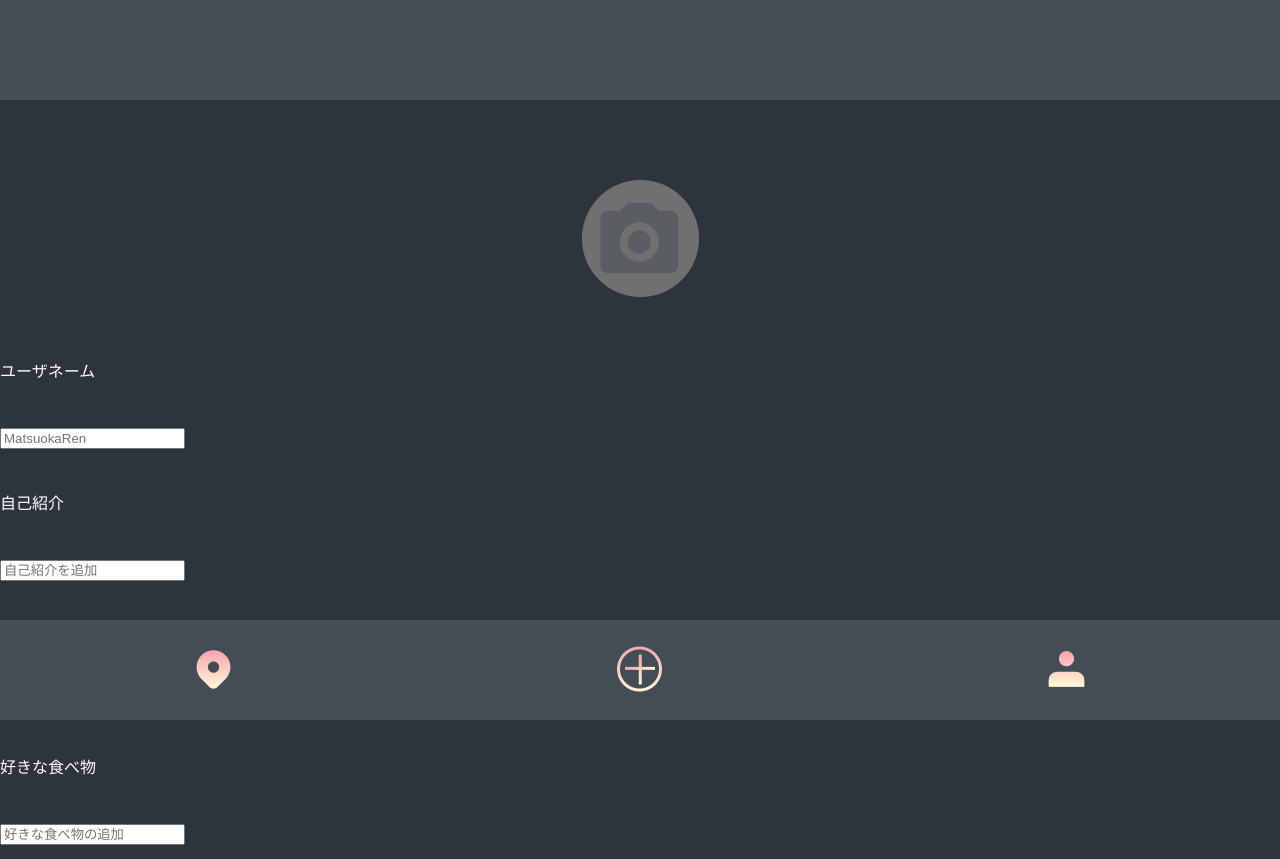
Repository: ren0714poo/respos
Page: edit.html
An editor plug-in stored every save of this project. The page is shown before and after the next save, followed by the edit.
The browser window is 1280 px wide. The pictures show the whole page.

Above is the page before, as saved 2025-07-17 14:09:29.

### edit.html
<!DOCTYPE html>
<html lang="ja">
<head>
  <meta charset="UTF-8">
  <meta name="viewport" content="width=device-width, initial-scale=1.0">
  <title>respos_edit</title>
  <link rel="stylesheet" href="css/edit.css">
</head>
<body>
  <header>
  </header>

  <main>
    <div class="edit_img"><img src="img/camera_chenge.png" alt="カメラ変更"></div>
    <div class="edit">
      <div class="edit_flex">
        <p>ユーザネーム</p>
        <input type="text" placeholder="MatsuokaRen"><br>
      </div>
      <div class="edit_flex">
        <p>自己紹介</p>
        <input type="text" placeholder="自己紹介を追加"><br>
      </div>
      <div class="edit_flex">
        <p>リンク</p>
        <input type="text" placeholder="リンクを追加"><br>
      </div>
      <p>好きな食べ物</p>
      <input type="text" placeholder="好きな食べ物の追加">


    </div>
  </main>

  <footer>
    <button type="button" id="pin" onclick="location.href='top.html'"><img src="img/tabler_map-pin-filled.png" alt="ピン"></button>
    <button type="button"><img src="img/post.png" alt="投稿"></button>
    <button type="button" id="profile" onclick="location.href='profile.html'"><img src="img/icon-park-solid_people.png" alt="プロフィール"></button>
  </footer>

</body>
</html>

### css/edit.css
@media screen and (max-width:480px){


}

html, body {
  color: white;
  background: #2D343C;
  height: 100%;
  margin: 0;
  padding: 0;
  display: grid;
  grid-template-rows: 100px calc(100vh - 200px) 100px;
  grid-template-areas:
  "header"
  "main"
  "footer"
  ;
}



header{
  width: 100%;
  height: 100px;
  background: #444C55;
  display: flex;
  grid-area: header;
}




main{
  width: 100%;
  height: 100%;
  grid-area: main;
}

.edit {
  display: f;
  margin-top: 50px;
  line-height: 50px;
}
.editflex{
  display: flex;
}

.edit_img {
  display: flex;
  flex-direction: column;
  align-items: center;
  margin-top: 80px;
}











footer {
  background: #444C55;
  display: flex;
  justify-content: space-around;
  align-items: center;
}

footer button {
  background: transparent;
  border: none;
}

After the next save:
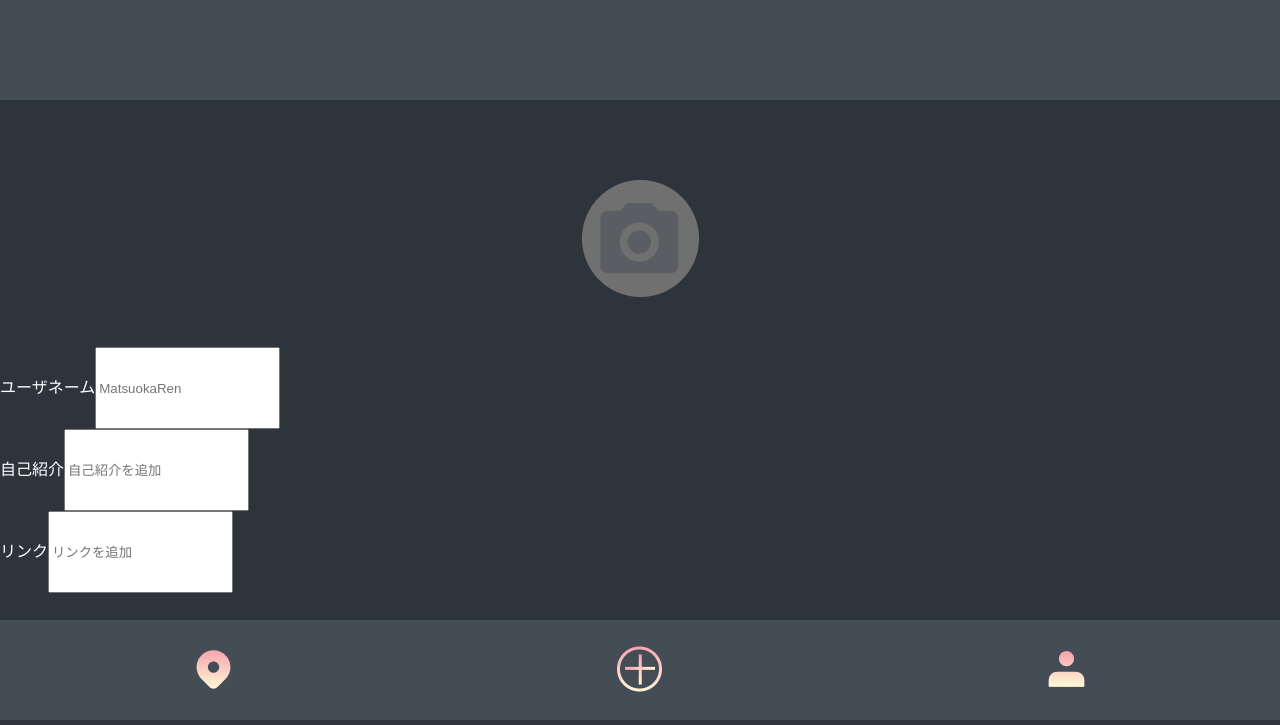
Saved 31 s later.
--- a/css/edit.css
+++ b/css/edit.css
@@ -42,7 +42,7 @@ main{
   margin-top: 50px;
   line-height: 50px;
 }
-.editflex{
+.edit_flex{
   display: flex;
 }
 
